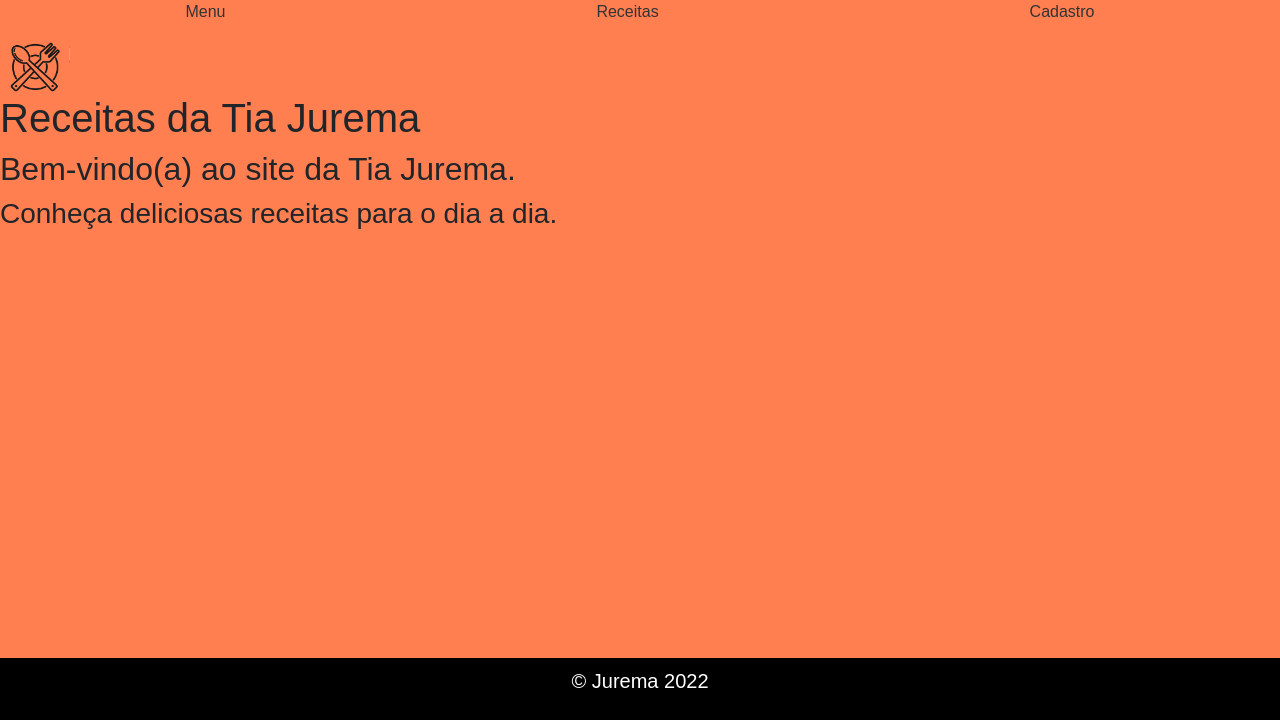
Repository: devropaes/RECEITAS
Page: OneDrive/Área de Trabalho/Estudos/Estácio/receitas/menu.html
These files come from the project's save history. The page is drawn as it stood at one moment and after the next save; the edit follows.
The browser window is 1280 px wide. The pictures show the whole page.
Some web fonts or font styles are not loaded; a fallback is used. Some web libraries are served in a nearby version.

Above is the page before, as saved 2024-03-11 23:47:56.

After the next save:
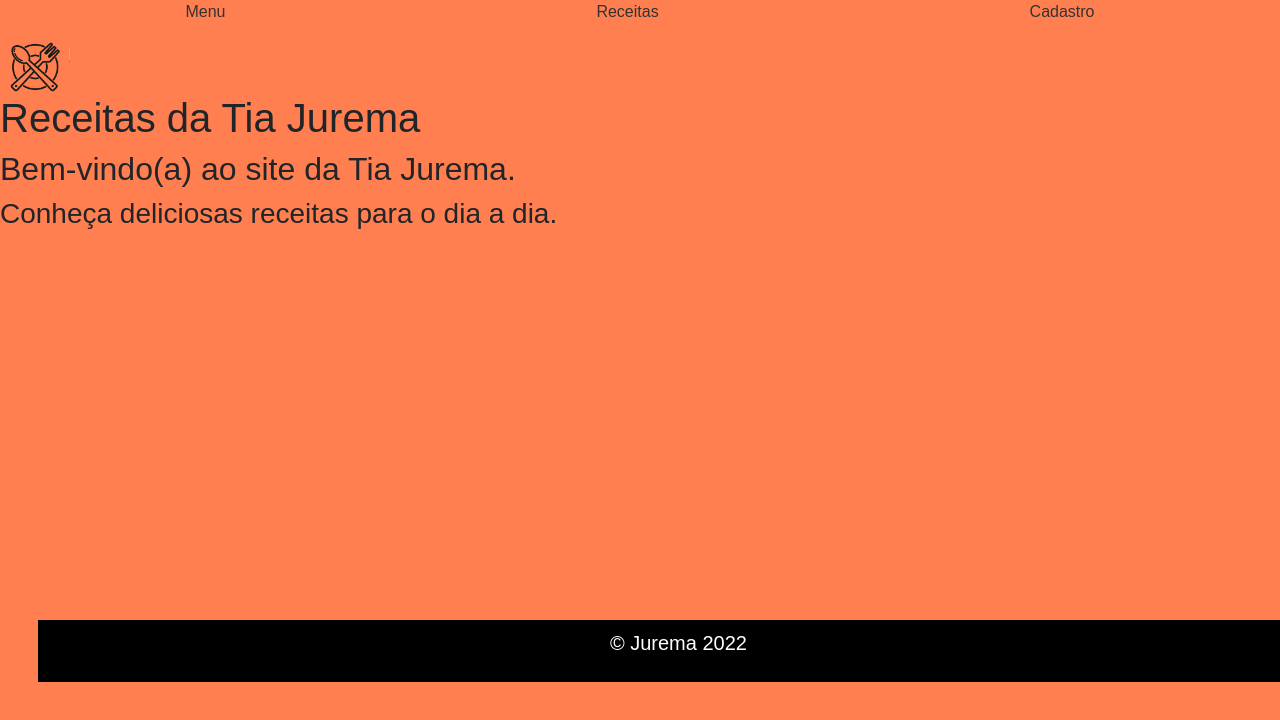
Saved 11 s later.
--- a/OneDrive/Área de Trabalho/Estudos/Estácio/receitas/menu.css
+++ b/OneDrive/Área de Trabalho/Estudos/Estácio/receitas/menu.css
@@ -152,7 +152,7 @@
     bottom: 0%;
     border-bottom:  #fff;
     width: 100%;
-    margin: 0%;
+    margin: 3%;
     max-width: 100%;
 
 }

After the save that followed:
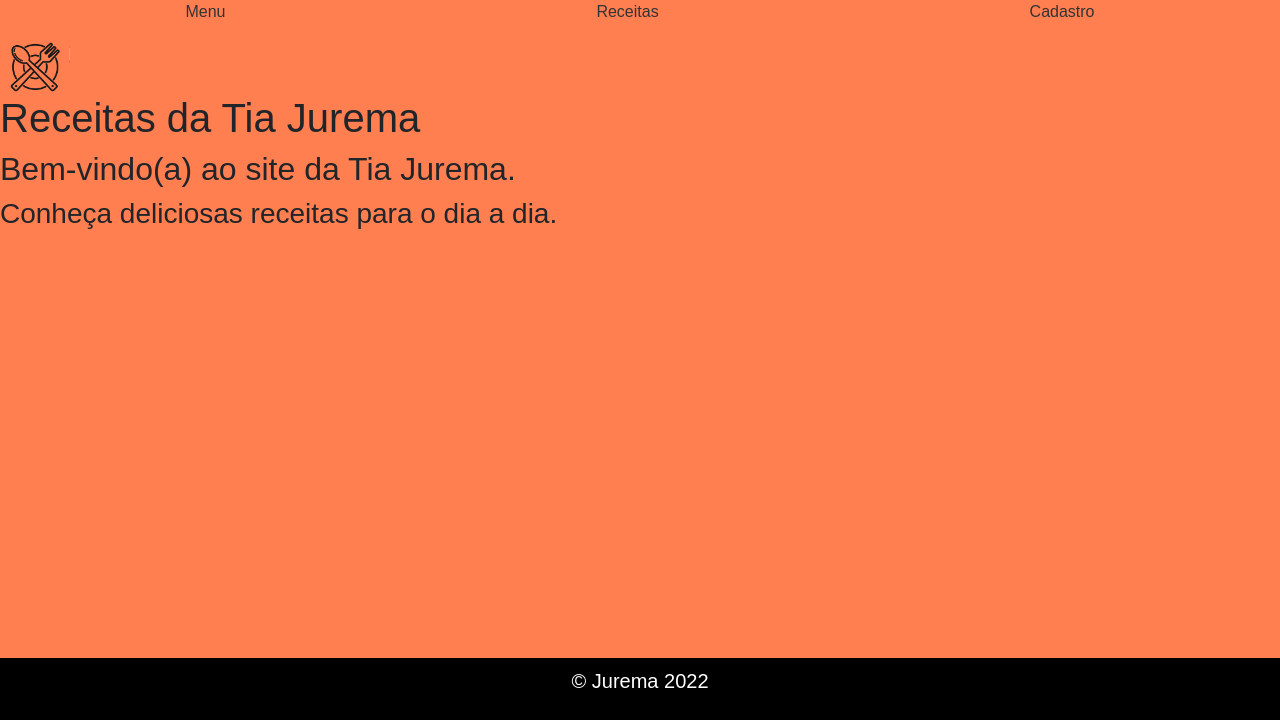
Saved 12 s later.
--- a/OneDrive/Área de Trabalho/Estudos/Estácio/receitas/menu.css
+++ b/OneDrive/Área de Trabalho/Estudos/Estácio/receitas/menu.css
@@ -152,7 +152,7 @@
     bottom: 0%;
     border-bottom:  #fff;
     width: 100%;
-    margin: 3%;
+    margin: 0%;
     max-width: 100%;
 
 }
